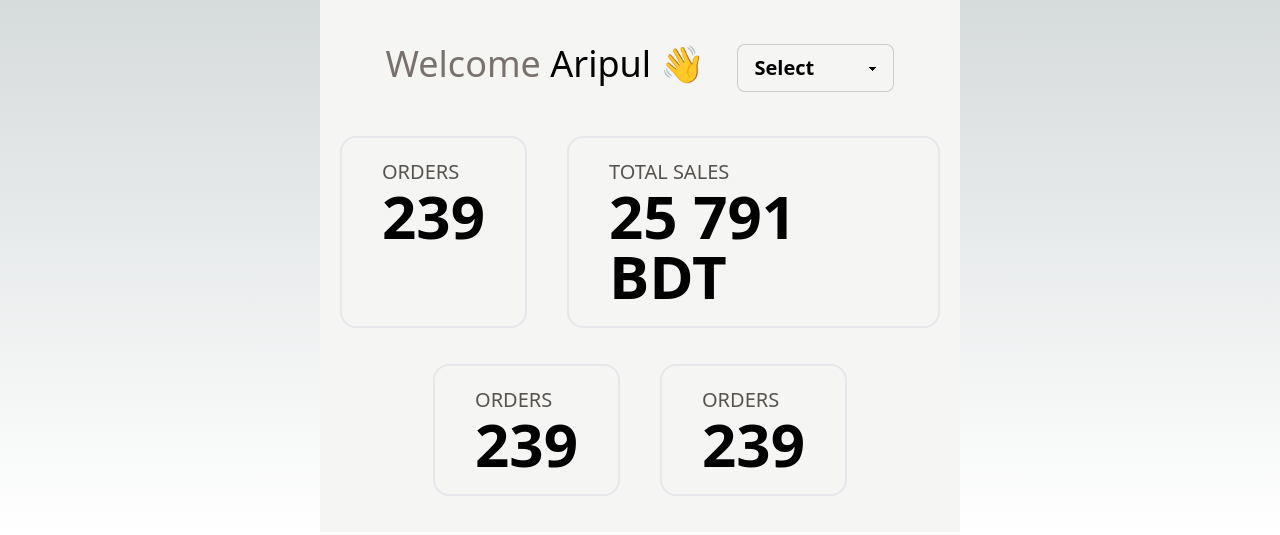
Repository: mehedi9465/nextapp
Page: /Dashboard
The author's editor kept a copy of each file at every save. The page is drawn from the files as they stood at one save, then again after a run of saves.
The browser window is 1280 px wide. The pictures show the whole page.
The project was rebuilt for these pictures with package versions that can differ from the ones it lists, and the page was loaded fresh each time. The framework's server and built-in components were replaced by stand-ins that run in the browser. Also part of the build but not shown: next.config.js, Components/Navbar.js.

Above is the page before, as saved 2023-03-04 15:45:35.

After the next 4 saves:
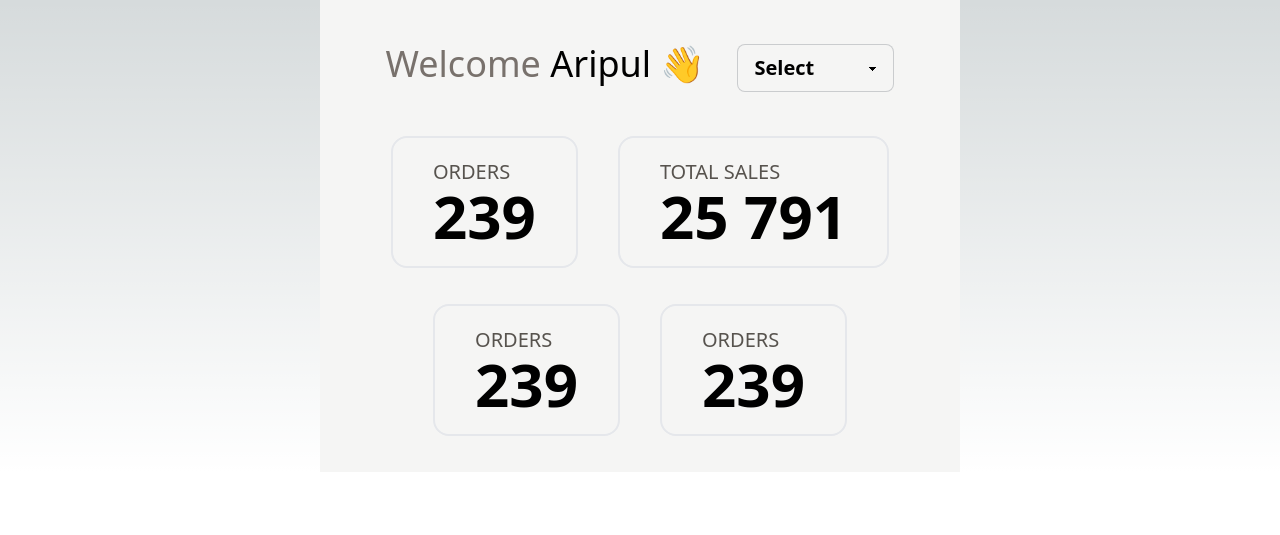
The 4 saves are shown as one change because they came seconds apart.
The last was saved 11 s later.
--- a/pages/Dashboard/index.js
+++ b/pages/Dashboard/index.js
@@ -31,7 +31,7 @@ const index = () => {
             <p className="uppercase text-stone-600 font-normal text-xl">
               Total Sales
             </p>
-            <p className="text-6xl font-bold">25 791 <>BDT</></p>
+            <p className="text-6xl font-bold">25 791</p>
           </div>
         </div>
         <div className="flex justify-center my-9">
